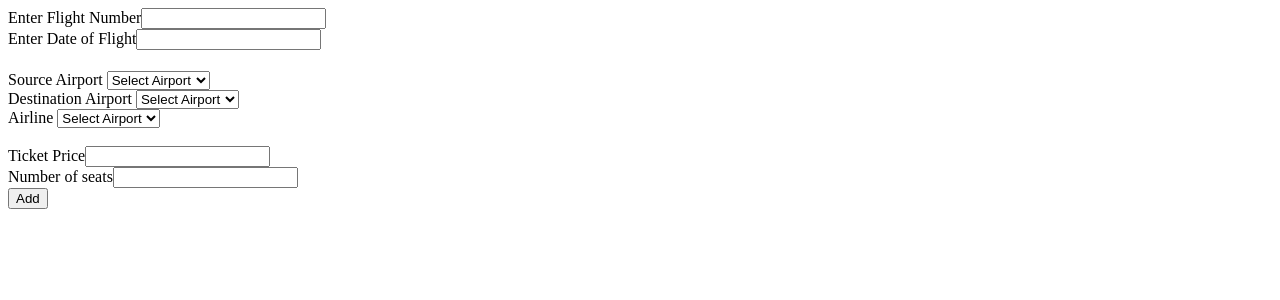
Repository: gotoharjeet/FlyAirline
Page: http://localhost/FlyAirline/addflight.jsp
These files come from the project's save history. The page is drawn as it stood at one moment and after the next save; the edit follows.
The browser window is 1280 px wide. The pictures show the whole page.
The page is served by Tomcat 9. Queries for data that is not in the repository find no rows.

Above is the page before, as saved 2022-08-15 15:45:11.
Console error: ReferenceError: $ is not defined

After the next save:
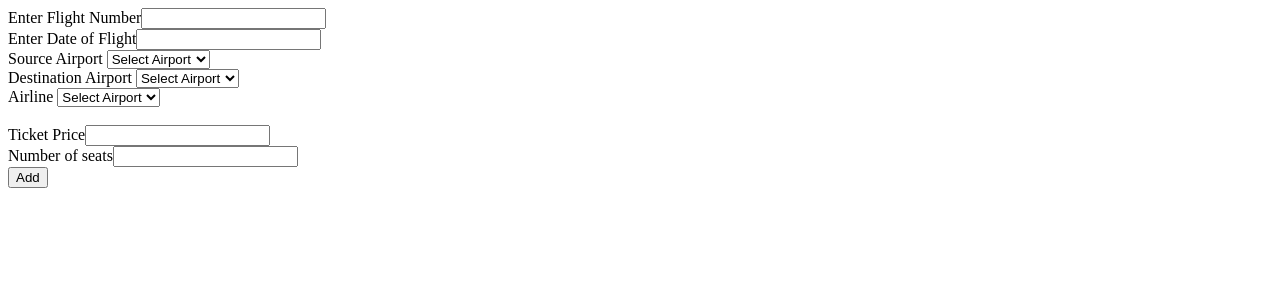
The error is gone.
Saved 25 min 51 s later.
--- a/FlyAirline/src/main/webapp/addflight.jsp
+++ b/FlyAirline/src/main/webapp/addflight.jsp
@@ -5,6 +5,7 @@
 <html>
 <head>
 <meta charset="UTF-8">
+
 <title>Populate Source Airport List</title>
 </head>
 <body>
@@ -14,18 +15,9 @@
   Enter Flight Number<input type="text" name="flightNumber"><br/>
   Enter Date of Flight<input type="datetime" name="dto_flight" id="datepicker"><br/>
 
-  <h4 id="selectedDtaeVal"></h4>
-	<script>
-	$( function() {
-	    $.datepicker.setDefaults({
-	        onClose:function(date, inst){
-	            $("#selectedDtaeVal").html(date);
-	        }
-	    });
 
-	    $( "#datepicker" ).datepicker();
-	});
-	</script>
+
+
 
    <label>Source Airport</label>
    	<select name="dep_airportCode">
